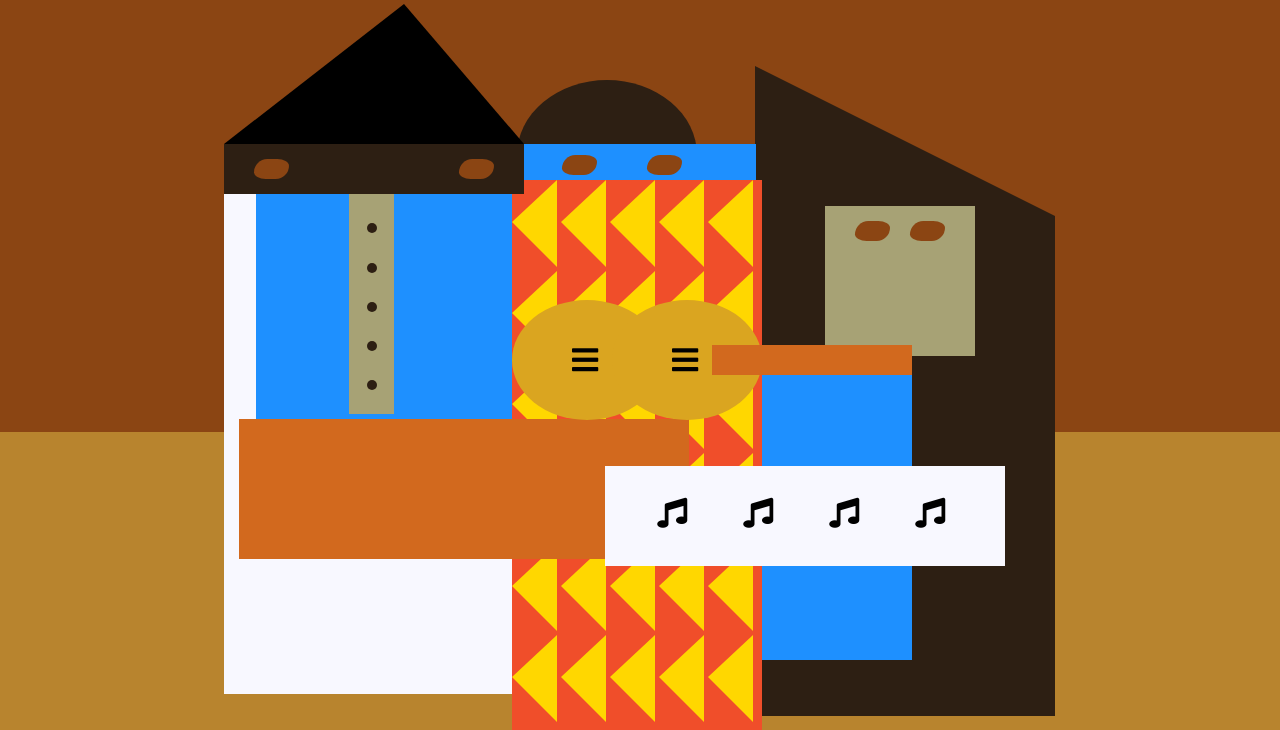
Repository: Pafestivo/Third-Chapter---intermediate-CSS
Page: index.html
An editor plug-in stored every save of this project. The page is shown before and after the next save, followed by the edit.
The browser window is 1280 px wide. The pictures show the whole page.
Some web libraries are served in a nearby version.

Above is the page before, as saved 2022-09-04 19:03:31.

### index.html
<!DOCTYPE html>
<html lang="en">
  <head>
    <meta charset="utf-8">
    <title>Picasso Painting</title>
    <link rel="stylesheet" href="./styles.css" />
    <link rel="stylesheet" href="https://use.fontawesome.com/releases/v5.8.2/css/all.css">
  </head>
  <body>
    <!-- Regarding the html, I just placed divs inside divs according to the groups they should appear on the page. -->
    <div id="back-wall"></div>
    <div class="characters">
      <div id="offwhite-character">
        <div id="white-hat"></div>
        <div id="black-mask">
          <div class="eyes left"></div>
          <div class="eyes right"></div>
        </div>
        <div id="gray-instrument">
          <div class="black-dot"></div>
          <div class="black-dot"></div>
          <div class="black-dot"></div>
          <div class="black-dot"></div>
          <div class="black-dot"></div>
        </div>
        <div id="tan-table"></div>
      </div>
      <div id="black-character">
        <div id="black-hat"></div>
        <div id="gray-mask">
          <div class="eyes left"></div>
          <div class="eyes right"></div>
        </div>
        <div id="white-paper">
          <i class="fas fa-music"></i>
          <i class="fas fa-music"></i>
          <i class="fas fa-music"></i>
          <i class="fas fa-music"></i>
        </div>
      </div>
      <div class="blue" id="blue-left"></div>
      <div class="blue" id="blue-right"></div>
      <div id="orange-character">
        <div id="black-round-hat"></div>
        <div id="eyes-div">
          <div class="eyes left"></div>
          <div class="eyes right"></div>
        </div>
        <div id="triangles">
          <div class="triangle"></div>
          <div class="triangle"></div>
          <div class="triangle"></div>
          <div class="triangle"></div>
          <div class="triangle"></div>
          <div class="triangle"></div>
          <div class="triangle"></div>
          <div class="triangle"></div>
          <div class="triangle"></div>
          <div class="triangle"></div>
          <div class="triangle"></div>
          <div class="triangle"></div>
          <div class="triangle"></div>
          <div class="triangle"></div>
          <div class="triangle"></div>
          <div class="triangle"></div>
          <div class="triangle"></div>
          <div class="triangle"></div>
          <div class="triangle"></div>
          <div class="triangle"></div>
          <div class="triangle"></div>
          <div class="triangle"></div>
          <div class="triangle"></div>
          <div class="triangle"></div>
          <div class="triangle"></div>
          <div class="triangle"></div>
          <div class="triangle"></div>
          <div class="triangle"></div>
          <div class="triangle"></div>
          <div class="triangle"></div>
        </div>
        <div id="guitar">
          <div class="guitar" id="guitar-left">
            <i class="fas fa-bars"></i>
          </div>
          <div class="guitar" id="guitar-right">
            <i class="fas fa-bars"></i>
          </div>
          <div id="guitar-neck"></div>
        </div>
      </div>
    </div>
  </body>
</html>

### styles.css
body {
    background-color: rgb(184, 132, 46);
  }

  #back-wall {
    background-color: #8B4513;
    width: 100%;
    height: 60%;
    /* You can control the position of an element with position absolute. */
    position: absolute;
    /* You can use top and left to move the element, relative to its parent. */
    top: 0;
    left: 0;
    z-index: -1;
  }

  #offwhite-character {
    width: 300px;
    height: 550px;
    background-color: GhostWhite;
    position: absolute;
    top: 20%;
    left: 17.5%;
  }

  #white-hat {
    width: 0;
    height: 0;
    border-style: solid;
    border-width: 0 120px 140px 180px;
    border-top-color: transparent;
    border-right-color: transparent;
    border-bottom-color: ;
    border-left-color: transparent;
    position: absolute;
    top: -140px;
    left: 0;
  }

  #black-mask {
    width: 100%;
    height: 50px;
    background-color: rgb(45, 31, 19);
    position: absolute;
    top: 0;
    left: 0;
    z-index: 1;
  }

  #gray-instrument {
    width: 15%;
    height: 40%;
    background-color: rgb(167, 162, 117);
    position: absolute;
    top: 50px;
    left: 125px;
    z-index: 1;
  }

  .black-dot {
    width: 10px;
    height: 10px;
    background-color: rgb(45, 31, 19);
    border-radius: 50%;
    display: block;
    margin: auto;
    margin-top: 65%;
  }

  #tan-table {
    width: 450px;
    height: 140px;
    background-color: #D2691E;
    position: absolute;
    top: 275px;
    left: 15px;
    z-index: 1;
  }

  #black-character {
    width: 300px;
    height: 500px;
    background-color: rgb(45, 31, 19);
    position: absolute;
    top: 30%;
    left: 59%;
  }

  #black-hat {
    width: 0;
    height: 0;
    border-style: solid;
    border-width: 150px 0 0 300px;
    border-top-color: transparent;
    border-right-color: transparent;
    border-bottom-color: transparent;
    border-left-color: rgb(45, 31, 19);
    position: absolute;
    top: -150px;
    left: 0;
  }

  #gray-mask {
    width: 150px;
    height: 150px;
    background-color: rgb(167, 162, 117);
    position: absolute;
    top: -10px;
    left: 70px;
  }

  #white-paper {
    width: 400px;
    height: 100px;
    background-color: GhostWhite;
    position: absolute;
    top: 250px;
    left: -150px;
    z-index: 1;
  }

  .fa-music {
    display: inline-block;
    margin-top: 8%;
    margin-left: 13%;
  }

  .blue {
    background-color: #1E90FF;
  }

  #blue-left {
    width: 500px;
    height: 300px;
    position: absolute;
    top: 20%;
    left: 20%;
  }

  #blue-right {
    width: 400px;
    height: 300px;
    position: absolute;
    top: 50%;
    left: 40%;
  }

  #orange-character {
    width: 250px;
    height: 550px;
    background-color: rgb(240, 78, 42);
    position: absolute;
    top: 25%;
    left: 40%;
  }

  #black-round-hat {
    width: 180px;
    height: 150px;
    background-color: rgb(45, 31, 19);
    border-radius: 50%;
    position: absolute;
    top: -100px;
    left: 5px;
    z-index: -1;
  }

  #eyes-div {
    width: 180px;
    height: 50px;
    position: absolute;
    top: -40px;
    left: 20px;
    z-index: 3;
  }

  #triangles {
    width: 250px;
    height: 550px;
  }

  .triangle {
    width: 0;
    height: 0;
    border-style: solid;
    border-width: 42px 45px 45px 0;
    border-top-color: transparent;
    border-right-color: Gold; /* yellow */
    border-bottom-color: transparent;
    border-left-color: transparent;
    display: inline-block;
  }

  #guitar {
    width: 100%;
    height: 100px;
    position: absolute;
    top: 120px;
    left: 0px;
    z-index: 3;
  }

  .guitar {
    width: 150px;
    height: 120px;
    background-color: Goldenrod;
    border-radius: 50%;
  }

  #guitar-left {
    position: absolute;
    left: 0px;
  }

  #guitar-right {
    position: absolute;
    left: 100px;
  }

  .fa-bars {
    display: block;
    margin-top: 30%;
    margin-left: 40%;
  }

  #guitar-neck {
    width: 200px;
    height: 30px;
    background-color: #D2691E;
    position: absolute;
    top: 45px;
    left: 200px;
    z-index: 3;
  }

  .eyes {
    width: 35px;
    height: 20px;
    background-color: #8B4513;
    border-radius: 20px 50%;
  }

  .right {
    position: absolute;
    top: 15px;
    right: 30px;
  }

  .left {
    position: absolute;
    top: 15px;
    left: 30px;
  }

  .fas {
    font-size: 30px;
  }

After the next save:
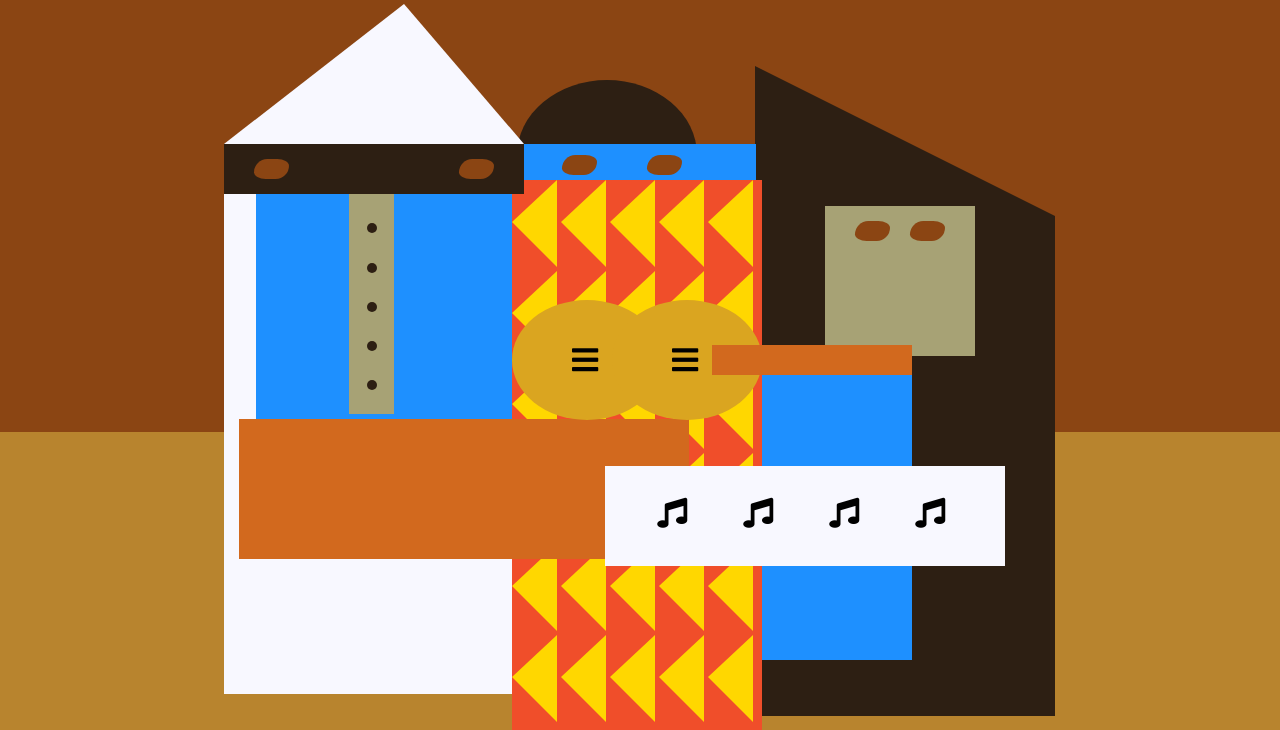
Saved 5 s later.
--- a/styles.css
+++ b/styles.css
@@ -30,7 +30,7 @@ body {
     border-width: 0 120px 140px 180px;
     border-top-color: transparent;
     border-right-color: transparent;
-    border-bottom-color: ;
+    border-bottom-color: GhostWhite;
     border-left-color: transparent;
     position: absolute;
     top: -140px;
